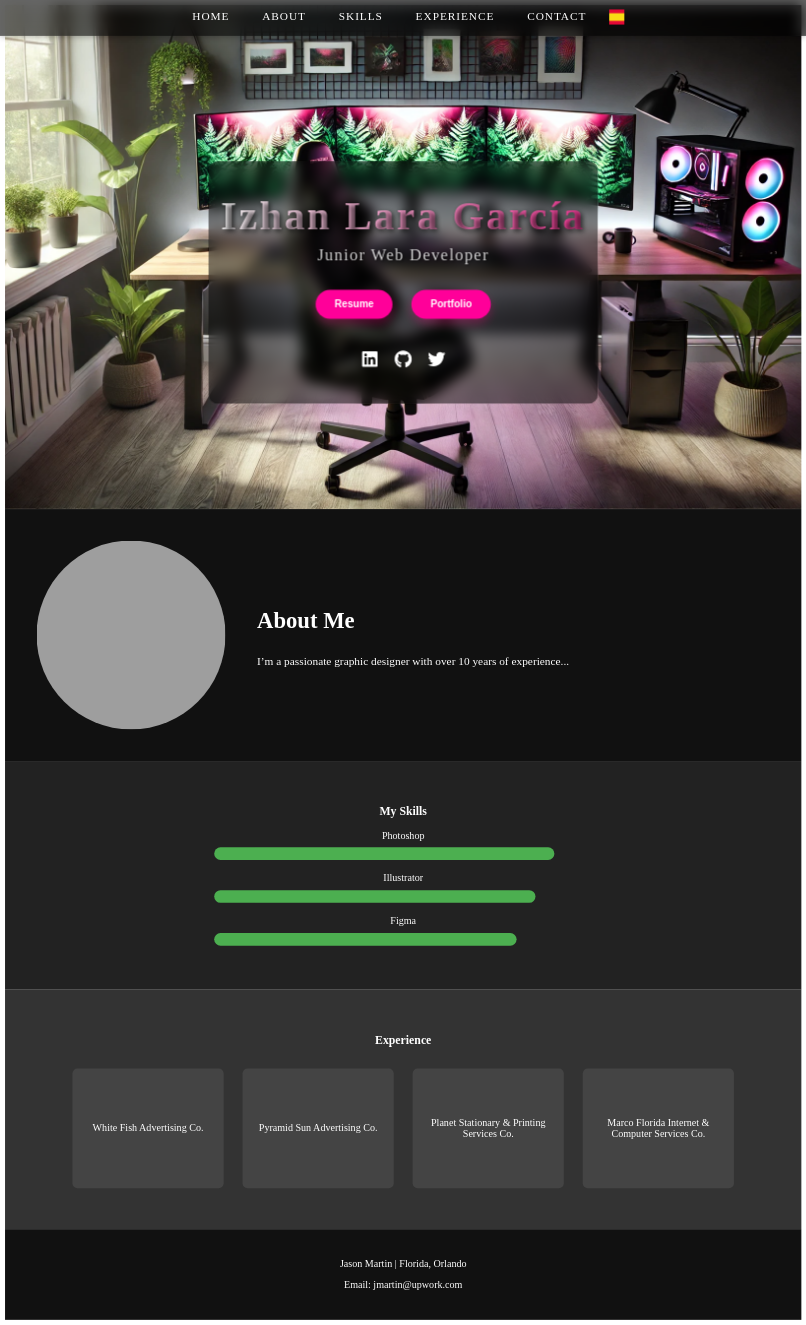
Repository: izhanlaraagarcia/izhanlaraagarcia.github.io
Page: / (app in vite-project/)
An editor plug-in stored every save of this project. The page is shown before and after the next save, followed by the edit.
The browser window is 1280 px wide. The pictures show the whole page, at 63% of full size.
Pictures or frames that could not be fetched are drawn as grey boxes. The project was rebuilt for these pictures with package versions that can differ from the ones it lists, and the page was loaded fresh each time. Also part of the build but not shown: vite-project/vite.config.js.

Above is the page before, as saved 2024-09-17 21:25:05.

### vite-project/index.html
<!doctype html>
<html lang="en">

<head>
  <meta charset="UTF-8" />
  <link rel="shortcut icon" href="./public/favicon.ico" type="image/x-icon">
  <meta name="viewport" content="width=device-width, initial-scale=1.0" />
  <title>IzzyLG</title>
</head>

<body>
  <div id="root"></div>
  <script type="module" src="/src/main.jsx"></script>
</body>

</html>

### vite-project/src/App.jsx
// App.js
import React from 'react';
import HeaderComponent from './components/HeaderComponent';
import AboutComponent from './components/AboutComponent';
import SkillsComponent from './components/SkillsComponent';
import ExperienceComponent from './components/ExperienceComponent';
import FooterComponent from './components/FooterComponent';
import { Link } from 'react-scroll';

function App() {
  return (
    <div className="App">
      {/* Menú de navegación fijo */}
      <HeaderComponent />
      <AboutComponent />
      <SkillsComponent />
      <ExperienceComponent />
      <FooterComponent />
    </div>
  );
}

export default App;

### vite-project/src/index.css
/* Estilos para el menú de navegación minimalista */
.nav {
  position: fixed;
  top: 0;
  width: 100%;
  background-color: rgba(0, 0, 0, 0.6); /* Fondo semitransparente */
  z-index: 1000;
  display: flex;
  justify-content: center;
  padding: 15px 0; /* Aumenta el padding para mayor espacio */
  box-shadow: 0 2px 10px rgba(0, 0, 0, 0.3); /* Sombra para mayor profundidad */
  backdrop-filter: blur(10px); /* Desenfoque de fondo */
  transition: background-color 0.3s ease; /* Transición para el fondo */
}

/* Lista de navegación */
.nav-list {
  display: flex;
  gap: 20px; /* Espacio entre los elementos */
  list-style: none;
  margin: 0;
  padding: 0;
}

/* Elementos del menú */
.nav-list li {
  font-size: 18px;
  text-transform: uppercase;
  font-weight: 500;
  letter-spacing: 1.5px;
}

/* Enlaces del menú */
.nav-list a {
  color: white;
  text-decoration: none;
  padding: 8px 16px;
  border-radius: 25px; /* Bordes redondeados */
  transition: background-color 0.3s, color 0.3s, transform 0.3s; /* Transiciones suaves */
  position: relative;
}

/* Efecto hover minimalista */
.nav-list a:hover {
  background-color: #f09; /* Color de fondo al pasar el ratón */
  color: white;
  transform: translateY(-3px); /* Movimiento sutil al hacer hover */
  box-shadow: 0 5px 15px rgba(240, 9, 123, 0.4); /* Sombra al hacer hover */
}

/* Botón de cambio de idioma minimalista */
.lang-btn-wrapper {
  display: flex;
  align-items: center;
}

.lang-btn {
  background-color: transparent;
  border: none;
  cursor: pointer;
  padding: 0;
}

.flag-icon {
  width: 24px;
  height: 24px;
  transition: transform 0.3s, opacity 0.3s;
}

.lang-btn:hover .flag-icon {
  transform: scale(1.1);
  opacity: 0.8;
}

/* Efecto de aparición al hacer scroll */
.nav.scrolled {
  background-color: rgba(0, 0, 0, 0.9); /* Color más oscuro al hacer scroll */
  box-shadow: 0 4px 15px rgba(0, 0, 0, 0.5); /* Mayor sombra al hacer scroll */
}

/* Contenido principal del header */
.header {
  height: 100vh;
  background-image: url('./assets/fondo1.webp');
  background-size: cover;
  background-position: center;
  display: flex;
  flex-direction: column;
  align-items: center;
  justify-content: center;
  color: white;
  position: relative;
  padding-top: 80px; /* Deja espacio para el menú fijo */
}
/* Contenido principal del header */
.header-content {
  backdrop-filter: blur(10px); /* Ajusta el valor del desenfoque */
  background-color: rgba(0, 0, 0, 0.5); /* Color de fondo con transparencia */
  padding: 20px;
  border-radius: 15px; /* Opcional: bordes redondeados */
  text-align: center;
  padding: 50px 20px;
}

.header-title {
  font-size: 64px;
  margin: 0;
  font-weight: 800;
  letter-spacing: 4px;
  text-shadow: 3px 3px 8px rgba(0, 0, 0, 0.7);
  color: #fff;
  background: linear-gradient(90deg, #ffffff, #fa3c9b);
  -webkit-background-clip: text;
  -webkit-text-fill-color: transparent;
}

.header-subtitle {
  font-size: 26px;
  margin-top: 10px;
  font-weight: 400;
  letter-spacing: 2px;
  color: rgba(255, 255, 255, 0.8);
  text-shadow: 2px 2px 4px rgba(0, 0, 0, 0.5);
}


.contact-btn:hover {
  background-color: #ff6bcb;
  transform: scale(1.05);
}

/* Botones del portafolio */
.header-buttons {
  margin-top: 40px;
}

.btn {
  background-color: #f09;
  color: white;
  padding: 14px 30px;
  border: none;
  cursor: pointer;
  margin: 0 15px;
  border-radius: 50px;
  font-size: 16px;
  font-weight: 600;
  transition: background-color 0.4s, transform 0.4s, box-shadow 0.3s;
  box-shadow: 0 8px 15px rgba(240, 9, 123, 0.3);
}

.btn:hover {
  background-color: #fff;
  color: #f09;
  transform: scale(1.05);
  box-shadow: 0 12px 20px rgba(240, 9, 123, 0.5);
}

/* Redes sociales minimalistas */
.social-icons {
  margin-top: 50px;
  display: flex;
  justify-content: center;
  gap: 25px;
}

.social-icons a {
  font-size: 28px;
  color: white;
  transition: color 0.4s, transform 0.3s;
}

.social-icons a:hover {
  color: #f09;
  transform: translateY(-5px);
}


/* About */
.about {
  display: flex;
  justify-content: space-between;
  align-items: center;
  padding: 50px;
  background-color: #111;
  color: white;
}

.about-content {
  display: flex;
  align-items: center;
}

.about-content img {
  width: 300px;
  height: 300px;
  border-radius: 50%;
  margin-right: 50px;
}

.about-text {
  max-width: 600px;
}

.about-text h2 {
  font-size: 36px;
}

.about-text p {
  font-size: 18px;
  line-height: 1.6;
}


/* Skills */
.skills {
  background-color: #222;
  color: white;
  text-align: center;
  padding: 50px 20px;
}

.skill-bars {
  display: flex;
  flex-direction: column;
  align-items: center;
}

.skill {
  margin-bottom: 20px;
  width: 80%;
  max-width: 600px;
}

.skill .bar {
  height: 20px;
  background-color: #4caf50;
  border-radius: 10px;
  margin-top: 10px;
  transition: width 0.5s ease-in-out;
}


/* Experience */
.experience {
  background-color: #333;
  color: white;
  text-align: center;
  padding: 50px 20px;
}

.experience-cards {
  display: flex;
  justify-content: center;
  flex-wrap: wrap;
}

.card {
  background-color: #444;
  margin: 15px;
  padding: 20px;
  border-radius: 8px;
  width: 200px;
  height: 150px;
  display: flex;
  align-items: center;
  justify-content: center;
  transition: transform 0.3s;
}

/* Footer */
.footer {
  background-color: #111;
  color: white;
  text-align: center;
  padding: 30px 0;
}

### vite-project/src/components/HeaderComponent.jsx
import React, { useState } from 'react';
import { motion } from 'framer-motion';
import { Link } from 'react-scroll';
import { FaLinkedin, FaGithub, FaTwitter } from 'react-icons/fa';
import USFlag from '../assets/us-flag.png';  // Ruta de la bandera de EE. UU.
import ESFlag from '../assets/es-flag.png';  // Ruta de la bandera de España

const HeaderComponent = () => {
  const [language, setLanguage] = useState('en');

  const translations = {
    en: {
      name: "Izhan Lara García",
      title: "Junior Web Developer",
      resume: "Resume",
      portfolio: "Portfolio",
      menu: {
        home: "Home",
        about: "About",
        skills: "Skills",
        experience: "Experience",
        contact: "Contact",
      },
    },
    es: {
      name: "Izhan Lara García",
      title: "Desarrollador Web Junior",
      resume: "Currículum",
      portfolio: "Portafolio",
      menu: {
        home: "Inicio",
        about: "Sobre mí",
        skills: "Habilidades",
        experience: "Experiencia",
        contact: "Contacto",
      },
    },
  };

  const toggleLanguage = () => {
    setLanguage((prevLang) => (prevLang === 'en' ? 'es' : 'en'));
  };

  // Cambiar el color del menú al hacer scroll
window.addEventListener('scroll', function() {
  const nav = document.querySelector('.nav');
  if (window.scrollY > 50) {
    nav.classList.add('scrolled');
  } else {
    nav.classList.remove('scrolled');
  }
});


  return (
    <header className="header" id="header">
      <nav className="nav">
        <ul className="nav-list">
          <li><Link to="header" smooth={true}>{translations[language].menu.home}</Link></li>
          <li><Link to="about" smooth={true}>{translations[language].menu.about}</Link></li>
          <li><Link to="skills" smooth={true}>{translations[language].menu.skills}</Link></li>
          <li><Link to="experience" smooth={true}>{translations[language].menu.experience}</Link></li>
          <li><Link to="footer" smooth={true} className="contact-btn">{translations[language].menu.contact}</Link></li>

          {/* Botón de cambio de idioma con banderas */}
          <li className="lang-btn-wrapper">
            <button className="lang-btn" onClick={toggleLanguage}>
              {language === 'en' ? (
                <img src={ESFlag} alt="Spanish Flag" className="flag-icon" />
              ) : (
                <img src={USFlag} alt="US Flag" className="flag-icon" />
              )}
            </button>
          </li>
        </ul>
      </nav>

      <motion.div
        className="header-content"
        initial={{ opacity: 0 }}
        animate={{ opacity: 1 }}
        transition={{ duration: 1.5 }}
      >
        <motion.h1
          className="header-title"
          initial={{ scale: 0, y: -100 }}
          animate={{ scale: [1.2, 1], y: 0 }}
          transition={{ duration: 1, ease: "easeOut" }}
          whileHover={{ scale: 1.05, color: "#f09" }}
        >
          {translations[language].name}
        </motion.h1>

        <p className="header-subtitle">
          {translations[language].title}
        </p>

        <div className="header-buttons">
          <motion.button whileHover={{ scale: 1.1 }} className="btn">
            {translations[language].resume}
          </motion.button>
          <motion.button whileHover={{ scale: 1.1 }} className="btn">
            {translations[language].portfolio}
          </motion.button>
        </div>

        <div className="social-icons">
          <motion.a href="https://linkedin.com" target="_blank" whileHover={{ scale: 1.1 }}><FaLinkedin /></motion.a>
          <motion.a href="https://github.com" target="_blank" whileHover={{ scale: 1.1 }}><FaGithub /></motion.a>
          <motion.a href="https://twitter.com" target="_blank" whileHover={{ scale: 1.1 }}><FaTwitter /></motion.a>
        </div>
      </motion.div>
    </header>
  );
};

export default HeaderComponent;

### vite-project/src/components/AboutComponent.jsx
// AboutComponent.js
import React from 'react';
import { motion } from 'framer-motion';

const AboutComponent = () => {
  return (
    <section id="about" className="about">
      <div className="about-content">
        <motion.img
          src="path/to/profile-image.jpg"
          alt="Profile"
          initial={{ opacity: 0, x: -100 }}
          whileInView={{ opacity: 1, x: 0 }}
          transition={{ duration: 1 }}
        />
        <motion.div
          className="about-text"
          initial={{ opacity: 0, x: 100 }}
          whileInView={{ opacity: 1, x: 0 }}
          transition={{ duration: 1 }}
        >
          <h2>About Me</h2>
          <p>I’m a passionate graphic designer with over 10 years of experience...</p>
        </motion.div>
      </div>
    </section>
  );
};

export default AboutComponent;

### vite-project/src/components/SkillsComponent.jsx
// SkillsComponent.js
import React from 'react';
import { motion } from 'framer-motion';

const skills = [
  { name: 'Photoshop', level: '90%' },
  { name: 'Illustrator', level: '85%' },
  { name: 'Figma', level: '80%' },
];

const SkillsComponent = () => {
  return (
    <section id="skills" className="skills">
      <h3>My Skills</h3>
      <div className="skill-bars">
        {skills.map((skill, idx) => (
          <div key={idx} className="skill">
            <span>{skill.name}</span>
            <motion.div
              className="bar"
              initial={{ width: '0%' }}
              whileInView={{ width: skill.level }}
              transition={{ duration: 1.5 }}
            />
          </div>
        ))}
      </div>
    </section>
  );
};

export default SkillsComponent;

### vite-project/src/components/ExperienceComponent.jsx
// ExperienceComponent.js
import React from 'react';
import { motion } from 'framer-motion';

const experiences = [
  'White Fish Advertising Co.',
  'Pyramid Sun Advertising Co.',
  'Planet Stationary & Printing Services Co.',
  'Marco Florida Internet & Computer Services Co.',
];

const ExperienceComponent = () => {
  return (
    <section id="experience" className="experience">
      <h3>Experience</h3>
      <div className="experience-cards">
        {experiences.map((experience, idx) => (
          <motion.div
            key={idx}
            className="card"
            whileHover={{ scale: 1.1 }}
            transition={{ duration: 0.3 }}
          >
            {experience}
          </motion.div>
        ))}
      </div>
    </section>
  );
};

export default ExperienceComponent;

### vite-project/src/components/FooterComponent.jsx
// FooterComponent.js
import React from 'react';
import { motion } from 'framer-motion';

const FooterComponent = () => {
  return (
    <motion.footer
      id="footer"
      className="footer"
      initial={{ opacity: 0 }}
      whileInView={{ opacity: 1 }}
      transition={{ duration: 1 }}
    >
      <p>Jason Martin | Florida, Orlando</p>
      <p>Email: jmartin@upwork.com</p>
    </motion.footer>
  );
};

export default FooterComponent;

Loaded but not shown: vite-project/src/main.jsx (common file)

After the next save:
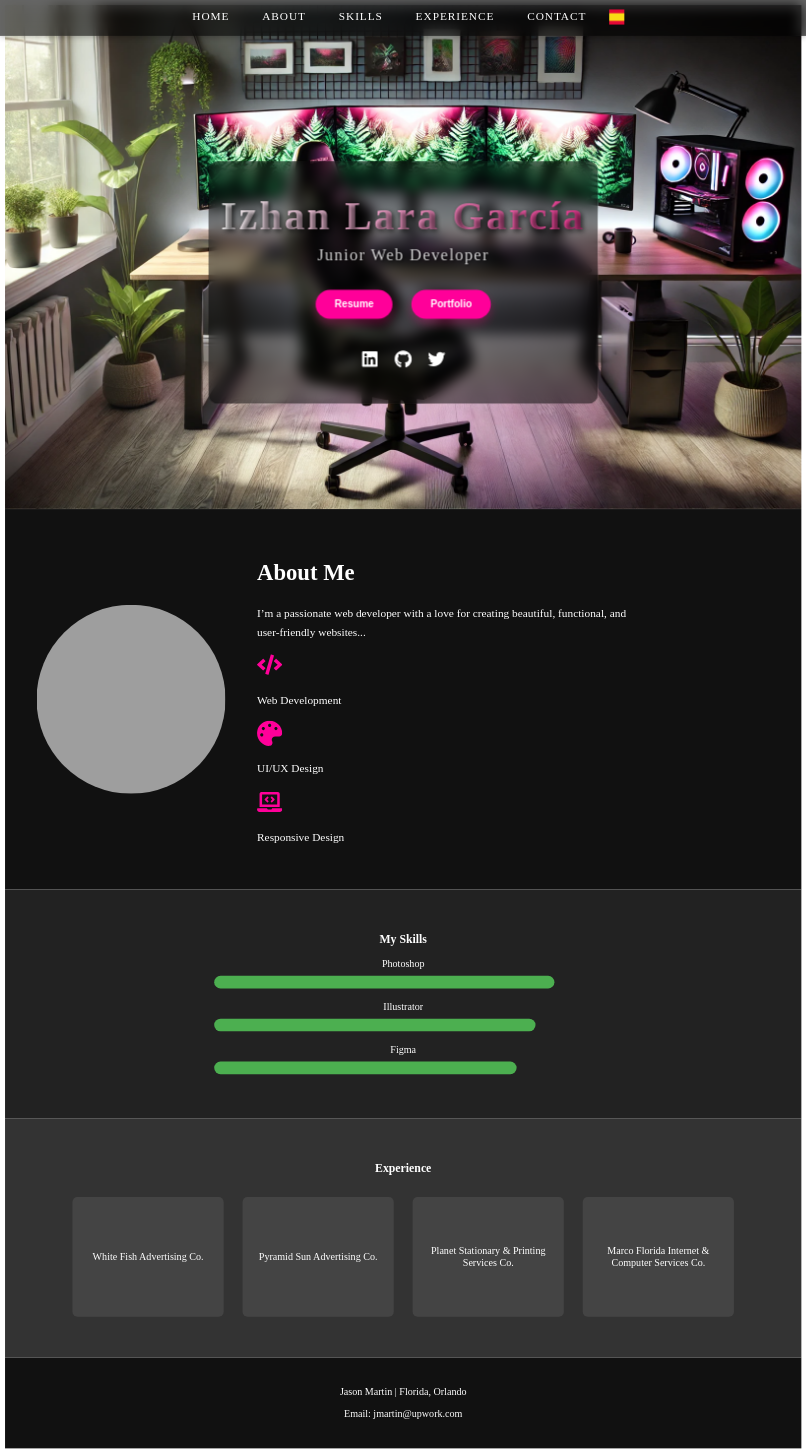
Saved 109 s later.
--- a/vite-project/src/components/AboutComponent.jsx
+++ b/vite-project/src/components/AboutComponent.jsx
@@ -1,6 +1,7 @@
 // AboutComponent.js
 import React from 'react';
 import { motion } from 'framer-motion';
+import { FaCode, FaPalette, FaLaptopCode } from 'react-icons/fa'; // Ejemplo de íconos de habilidades
 
 const AboutComponent = () => {
   return (
@@ -9,9 +10,11 @@ const AboutComponent = () => {
         <motion.img
           src="path/to/profile-image.jpg"
           alt="Profile"
+          className="profile-image"
           initial={{ opacity: 0, x: -100 }}
           whileInView={{ opacity: 1, x: 0 }}
-          transition={{ duration: 1 }}
+          transition={{ duration: 1, type: "spring" }}
+          whileHover={{ scale: 1.05, rotate: 2 }} // Efecto hover en la imagen
         />
         <motion.div
           className="about-text"
@@ -20,7 +23,32 @@ const AboutComponent = () => {
           transition={{ duration: 1 }}
         >
           <h2>About Me</h2>
-          <p>I’m a passionate graphic designer with over 10 years of experience...</p>
+          <p>I’m a passionate web developer with a love for creating beautiful, functional, and user-friendly websites...</p>
+
+          {/* Sección de habilidades con íconos */}
+          <div className="about-icons">
+            <motion.div
+              whileHover={{ scale: 1.2 }}
+              transition={{ duration: 0.3 }}
+            >
+              <FaCode size={40} color="#f09" />
+              <p>Web Development</p>
+            </motion.div>
+            <motion.div
+              whileHover={{ scale: 1.2 }}
+              transition={{ duration: 0.3 }}
+            >
+              <FaPalette size={40} color="#f09" />
+              <p>UI/UX Design</p>
+            </motion.div>
+            <motion.div
+              whileHover={{ scale: 1.2 }}
+              transition={{ duration: 0.3 }}
+            >
+              <FaLaptopCode size={40} color="#f09" />
+              <p>Responsive Design</p>
+            </motion.div>
+          </div>
         </motion.div>
       </div>
     </section>
